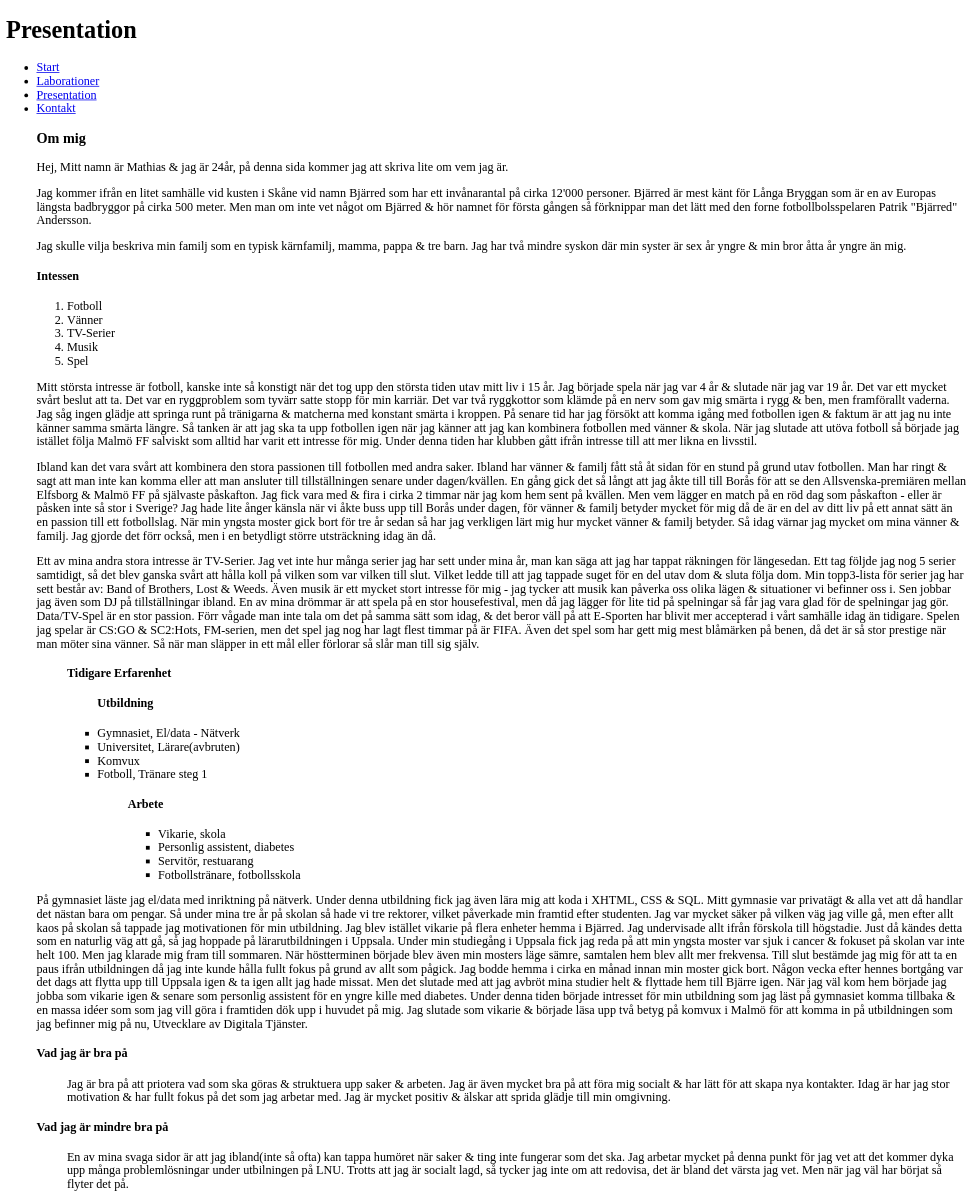
Repository: ms223uh/1ik415-laborationer
Page: www/pages/presentation.html
The author's editor kept a record of every edit. The page is drawn from the files as they stood at one moment, then again after the next edit.
The browser window is 1280 px wide. The pictures show the whole page, at 76% of full size.

Above is the page before.

After the next edit:
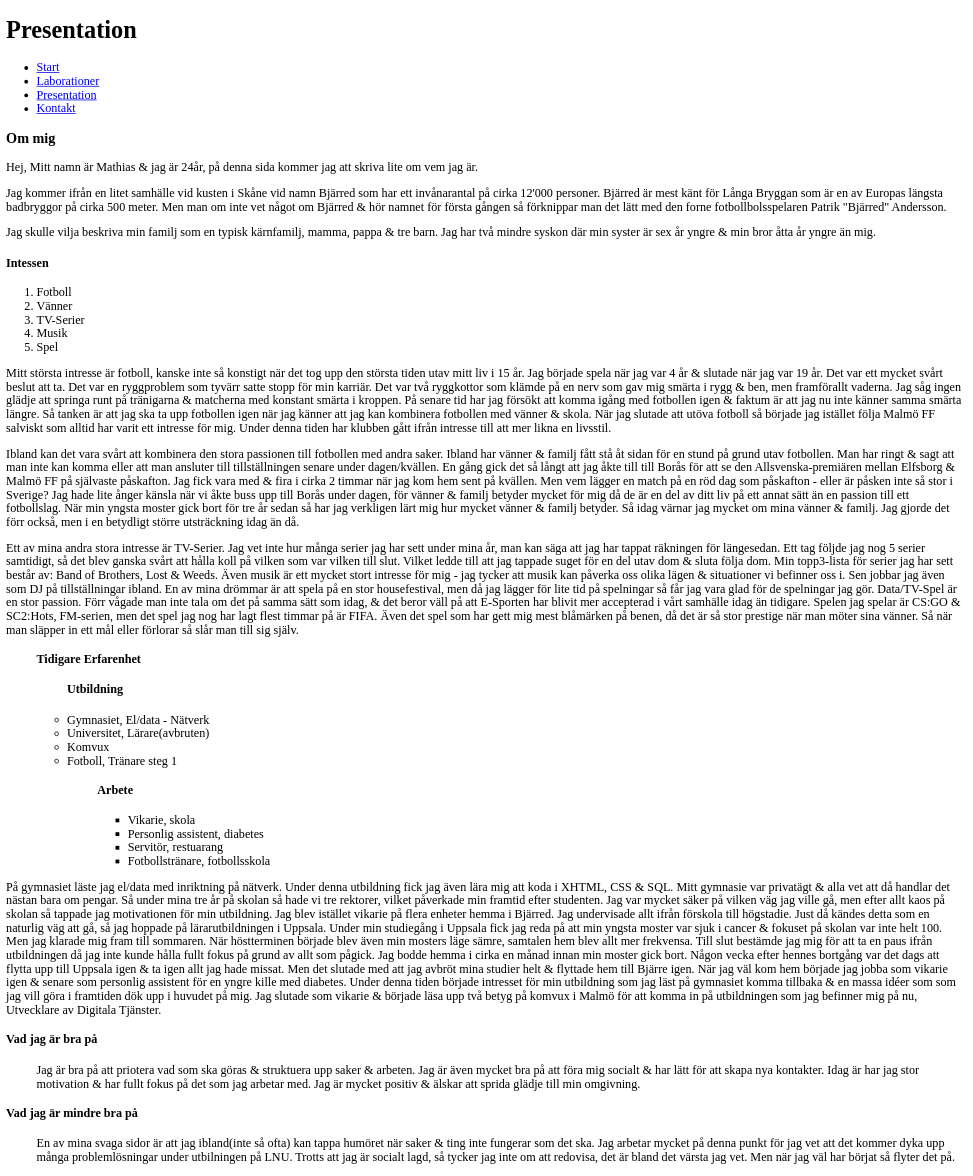
The edit:
--- a/www/pages/presentation.html
+++ b/www/pages/presentation.html
@@ -16,7 +16,7 @@
             <li><a href="presentation.html">Presentation</a></li>
             <li><a href="kontakt.html">Kontakt</a></li>
             </li>
-        </ol>
+        </ul>
 
 
         <!--Presentation-->
